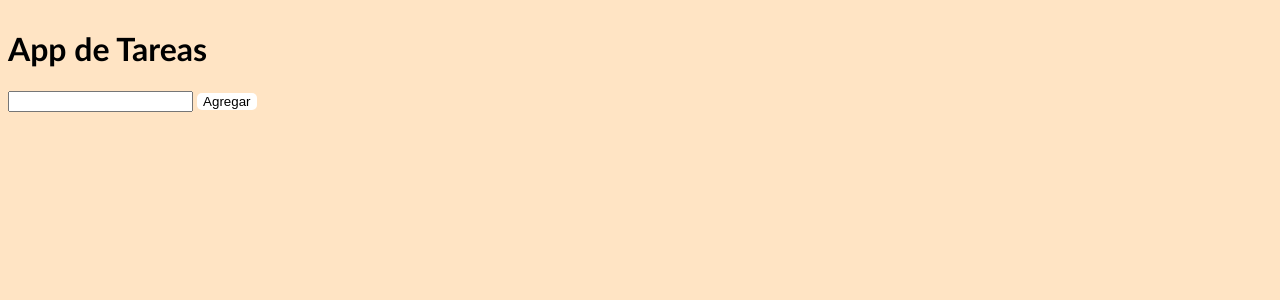
Repository: Kevin8548/Ejercicios-DOM
Page: todoapp/index.html
An editor plug-in stored every save of this project. The page is shown before and after the next save, followed by the edit.
The browser window is 1280 px wide. The pictures show the whole page.

Above is the page before, as saved 2024-10-09 13:59:22.

### todoapp/index.html
<!DOCTYPE html>
<html lang="en">
<head>
    <meta charset="UTF-8">
    <meta name="viewport" content="width=device-width, initial-scale=1.0">
    <title>App de tareas</title>
    <link rel="stylesheet" href="./style.css">
</head>
<body>
    <div class="container">
        <div class="form">
            <h1>App de Tareas</h1>
            <form id="form">
                <input type="text" name="" id="inputtarea">
                <button class="si">Agregar</button>
            </form>
        </div>
        <div class="tareas"></div>
    </div>
    <script src="./app.js"></script>
</body>
</html>

### todoapp/style.css
.alert{
    width: 75%;
    padding: 10px;
    border-radius: 10px;
    display: flex;
    justify-content: space-around;
    float: right;
}

.red{
    border: 2px solid red;
    background-color: rgb(240, 165, 165);
}

.yellow{
    border: 2px solid rgb(246,246,21);
    background-color: rgb(243,243,173);
}

.green{
    border: 2px solid green;
    background-color: rgb(179,238,179);
}

.form{
    float: left;
    align-items: center;
}

body{
    background-color: bisque;
    font-family: 'Gill Sans', 'Gill Sans MT', Calibri, 'Trebuchet MS', sans-serif;
}

button{
    background-color: rgb(255, 255, 255);
    border: 10px;
    border-radius: 5px;
    /* width: 20px;
    height: 10px; */
}

### todoapp/app.js
const tareasDiv = document.querySelector('.tareas');
const myForm = document.querySelector('#form');
const inputTarea = document.querySelector('#inputtarea');

const addTarea = () => {
    const tarea = inputTarea.value;
    tareasDiv.appendChild(creaObjeto(tarea));
    inputTarea.value = ''
}

const eliminaObjeto = e => {
    const button = e.target;
    const papa = button.parentElement;
    papa.remove();
}


const changeColor = e=> {
    const myDiv = e.target;
    if(myDiv.classList.contains('red')){
        myDiv.classList.remove('red');
        myDiv.classList.add('yellow');
    }
    else if (myDiv.classList.contains('yellow')){
        myDiv.classList.remove('yellow');
        myDiv.classList.add('green')
    }
}

const creaObjeto = (tarea) => {
    const div = document.createElement('div');
    const p = document.createElement('p');
    p.innerText = tarea;
    const button = document.createElement('button')
    button.innerText= 'Eliminar';
    button.addEventListener('click', eliminaObjeto)
    div.appendChild(p);
    div.appendChild(button);


    div.classList.add('alert');
    div.classList.add('red');
    div.addEventListener('click', changeColor)


    return div;
}



myForm.addEventListener('submit', e => {
    e.preventDefault();
    addTarea();
});

After the next save:
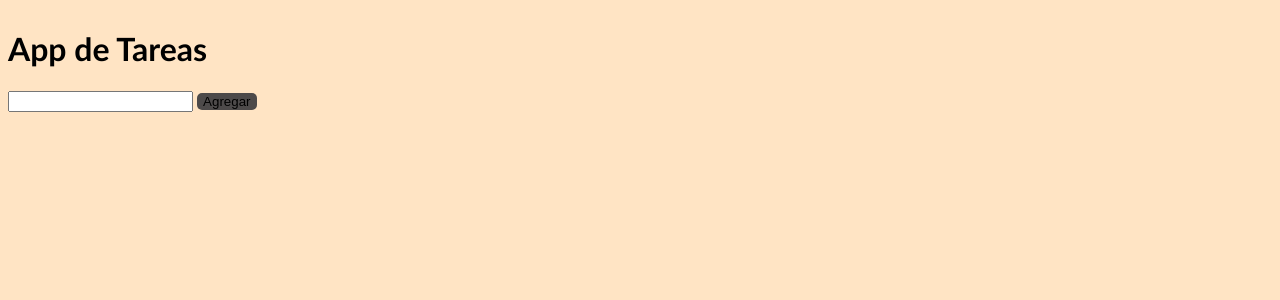
Saved 24 s later.
--- a/todoapp/style.css
+++ b/todoapp/style.css
@@ -33,7 +33,7 @@ body{
 }
 
 button{
-    background-color: rgb(255, 255, 255);
+    background-color: rgb(77, 74, 74);
     border: 10px;
     border-radius: 5px;
     /* width: 20px;
